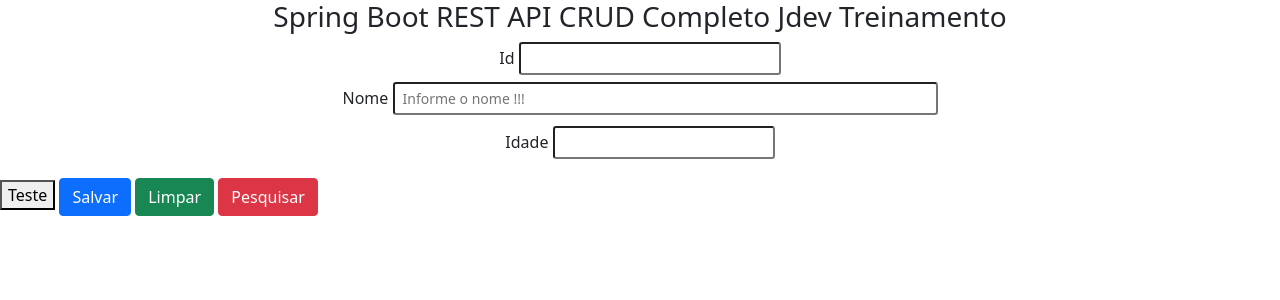
Repository: isaquelimaof/REST-API-SpringBoot
Page: springboot-rest-api-sample/src/main/resources/static/index.html
These files come from the project's save history. The page is drawn as it stood at one moment and after the next save; the edit follows.
The browser window is 1280 px wide. The pictures show the whole page.

Above is the page before, as saved 2022-05-10 18:20:14.

After the next save:
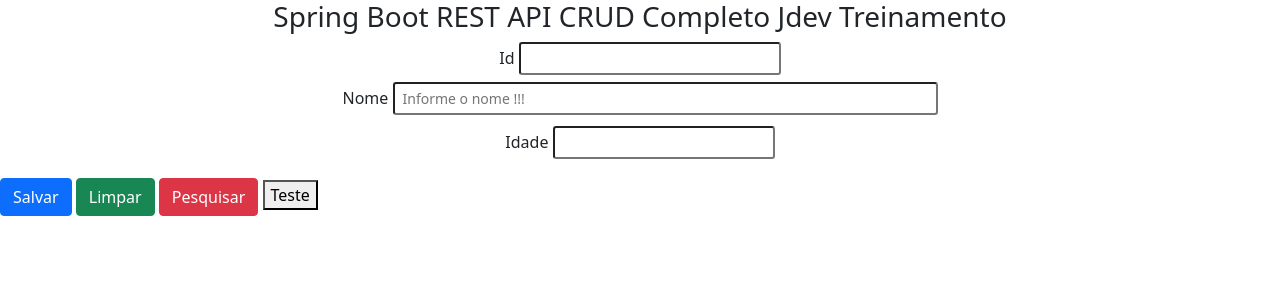
Saved 19 s later.
--- a/springboot-rest-api-sample/src/main/resources/static/index.html
+++ b/springboot-rest-api-sample/src/main/resources/static/index.html
@@ -32,13 +32,13 @@
 		</div>
 	</form>
 
-	<button>Teste</button>
-
 	<button type="button" class="btn btn-primary" onclick="salvarUsuario()">Salvar</button>
 	<button type="button" class="btn btn-success"
 		onclick="document.getElementById('formCadastroUser').reset()">Limpar</button>
 	<button type="button" class="btn btn-danger" data-bs-toggle="modal"
 		data-bs-target="#modalPesquisarUser" data-bs-whatever="@getbootstrap">Pesquisar</button>
+
+		<button>Teste</button>
 
 	<div class="modal fade" id="modalPesquisarUser" tabindex="-1"
 		aria-labelledby="exampleModalLabel" aria-hidden="true">
